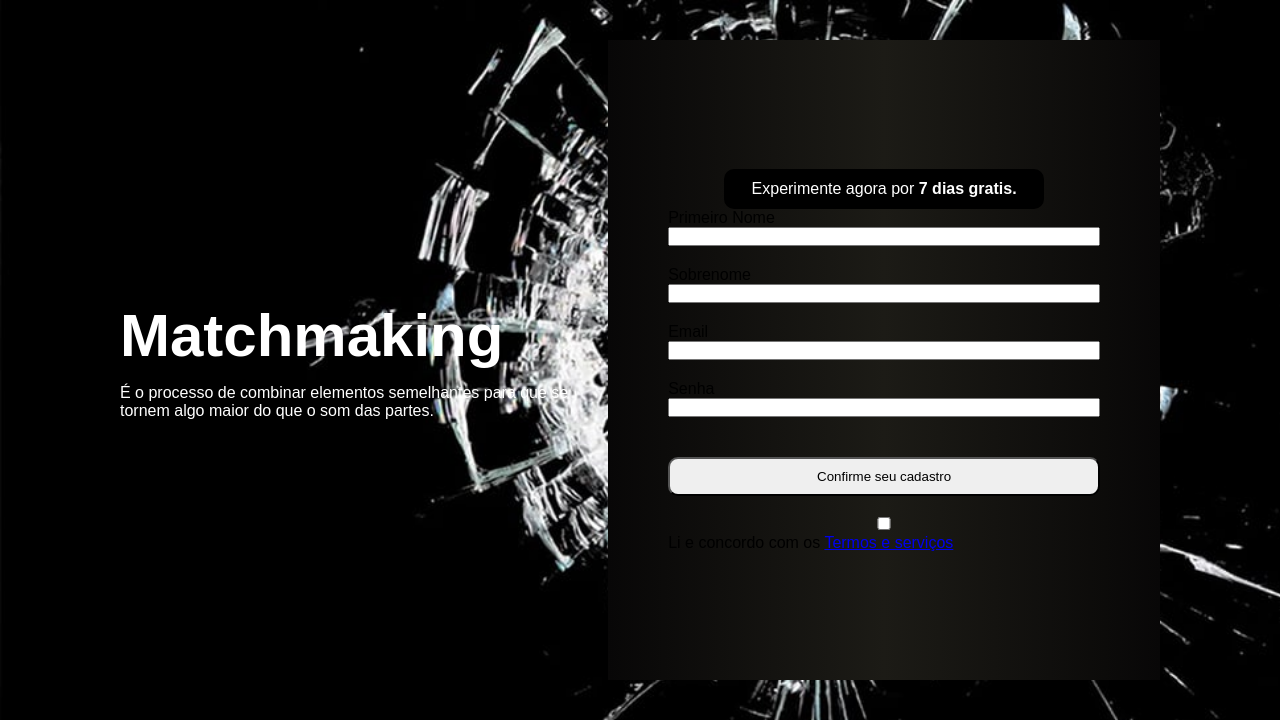
Repository: analessp/tela-login
Page: index.html
The author's editor kept a copy of each file at every save. The page is drawn from the files as they stood at one save, then again after the next save.
The browser window is 1280 px wide. The pictures show the whole page.
Some web fonts or font styles are not loaded; a fallback is used.

Above is the page before, as saved 2025-04-16 11:02:47.

After the next save:
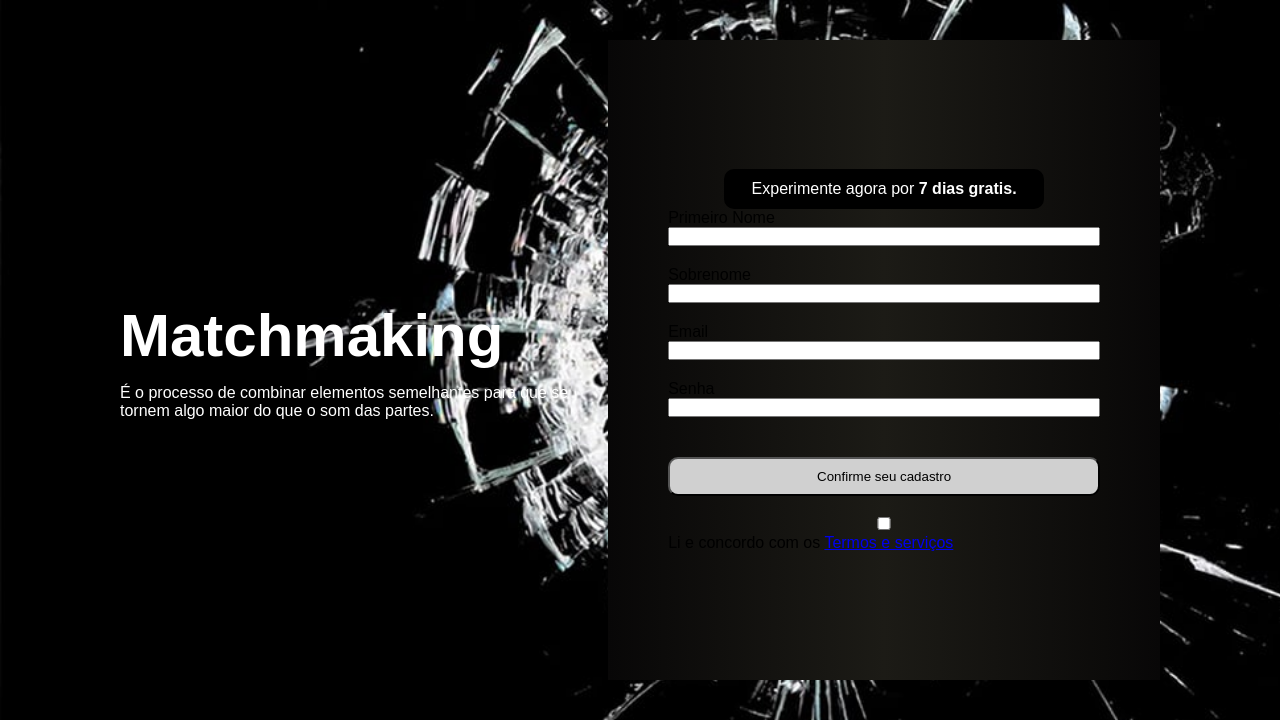
Saved 5 s later.
--- a/style.css
+++ b/style.css
@@ -92,7 +92,7 @@ text-align: center;
     margin-top: 20px;
     border-radius: 10px;
     padding: 10px 15px;
-    background-color: #;
+    background-color: #d0d0d0;
 }
 
 @keyframes left-to-right {
